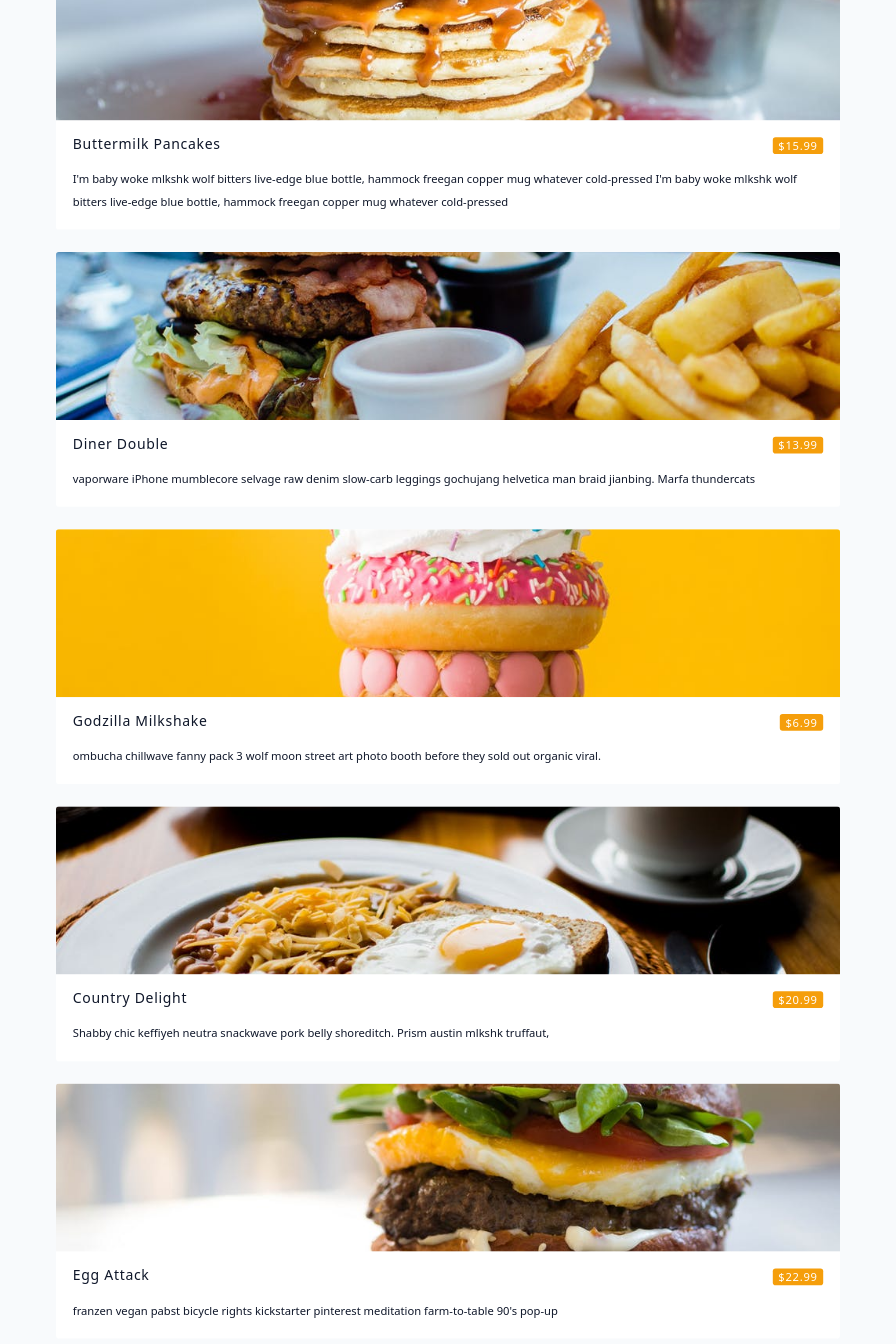
Repository: dydals3440/React-Projects
Page: / (app in 04-fundamental-projects/05-menu/starter/)
The author's editor kept a copy of each file at every save. The page is drawn from the files as they stood at one save, then again after the next save.
The browser window is 1280 px wide. The pictures show the part of the page from y = 330 to 2250 px (the page is 3906 px tall), at 70% of full size.
The project was rebuilt for these pictures with package versions that can differ from the ones it lists, and the page was loaded fresh each time. Also part of the build but not shown: 04-fundamental-projects/05-menu/starter/vite.config.js.

Above is the page before, as saved 2023-09-07 14:01:13.

### 04-fundamental-projects/05-menu/starter/src/App.jsx
import { useState } from 'react';
import Title from './Title';
import menu from './data';
import Menu from './Menu';
import Categories from './Categories';

// const tempCategories = menu.map((item) => item.category);
// // 중복된 카테고리를 제외!
// const tempSet = new Set(tempCategories);
// const tempItems = ['all', ...tempSet];
// console.log(tempItems);

const allCategories = ['all', ...new Set(menu.map((item) => item.category))];

const App = () => {
  const [menuItems, setMenuItems] = useState(menu);
  const [categories, setCategories] = useState(allCategories);
  const filterItems = (category) => {
    if (category === 'all') {
      setMenuItems(menu);
      return;
    }
    const newItems = menu.filter((item) => item.category === category);
    setMenuItems(newItems);
  };

  return (
    <main>
      <section className='menu'>
        <Title text='our menu' />
        <Categories categories={categories} filterItems={filterItems} />
        <Menu items={menuItems} />
      </section>
    </main>
  );
};
export default App;

### 04-fundamental-projects/05-menu/starter/src/index.css
/* ============= GLOBAL CSS =============== */

*,
::after,
::before {
  margin: 0;
  padding: 0;
  box-sizing: border-box;
}

html {
  font-size: 100%;
} /*16px*/

:root {
  /* colors */
  --primary-100: #fef3c7;
  --primary-200: #fde68a;
  --primary-300: #fcd34d;
  --primary-400: #fbbf24;
  --primary-500: #f59e0b;
  --primary-600: #d97706;
  --primary-700: #b45309;
  --primary-800: #92400e;
  --primary-900: #78350f;

  /* grey */
  --grey-50: #f8fafc;
  --grey-100: #f1f5f9;
  --grey-200: #e2e8f0;
  --grey-300: #cbd5e1;
  --grey-400: #94a3b8;
  --grey-500: #64748b;
  --grey-600: #475569;
  --grey-700: #334155;
  --grey-800: #1e293b;
  --grey-900: #0f172a;
  /* rest of the colors */
  --black: #222;
  --white: #fff;
  --red-light: #f8d7da;
  --red-dark: #842029;
  --green-light: #d1e7dd;
  --green-dark: #0f5132;

  --small-text: 0.875rem;
  --extra-small-text: 0.7em;
  /* rest of the vars */
  --backgroundColor: var(--grey-50);
  --textColor: var(--grey-900);
  --borderRadius: 0.25rem;
  --letterSpacing: 1px;
  --transition: 0.3s ease-in-out all;
  --max-width: 1120px;
  --fixed-width: 600px;

  /* box shadow*/
  --shadow-1: 0 1px 3px 0 rgba(0, 0, 0, 0.1), 0 1px 2px 0 rgba(0, 0, 0, 0.06);
  --shadow-2: 0 4px 6px -1px rgba(0, 0, 0, 0.1),
    0 2px 4px -1px rgba(0, 0, 0, 0.06);
  --shadow-3: 0 10px 15px -3px rgba(0, 0, 0, 0.1),
    0 4px 6px -2px rgba(0, 0, 0, 0.05);
  --shadow-4: 0 20px 25px -5px rgba(0, 0, 0, 0.1),
    0 10px 10px -5px rgba(0, 0, 0, 0.04);
}

body {
  background: var(--backgroundColor);
  font-family: system-ui, -apple-system, BlinkMacSystemFont, 'Segoe UI', Roboto,
    Oxygen, Ubuntu, Cantarell, 'Open Sans', 'Helvetica Neue', sans-serif;
  font-weight: 400;
  line-height: 1;
  color: var(--textColor);
}
p {
  margin: 0;
}
h1,
h2,
h3,
h4,
h5 {
  margin: 0;
  font-family: var(--headingFont);
  font-weight: 400;
  line-height: 1;
  text-transform: capitalize;
  letter-spacing: var(--letterSpacing);
}

h1 {
  font-size: 3.052rem;
}

h2 {
  font-size: 2.441rem;
}

h3 {
  font-size: 1.953rem;
}

h4 {
  font-size: 1.563rem;
}

h5 {
  font-size: 1.25rem;
}

.text {
  margin-bottom: 1.5rem;
  max-width: 40em;
}

small,
.text-small {
  font-size: var(--small-text);
}

a {
  text-decoration: none;
}
ul {
  list-style-type: none;
  padding: 0;
}

.img {
  width: 100%;
  display: block;
  object-fit: cover;
}
/* buttons */

.btn {
  cursor: pointer;
  color: var(--white);
  background: var(--primary-500);
  border: transparent;
  border-radius: var(--borderRadius);
  letter-spacing: var(--letterSpacing);
  padding: 0.375rem 0.75rem;
  box-shadow: var(--shadow-1);
  transition: var(--transition);
  text-transform: capitalize;
  display: inline-block;
}
.btn:hover {
  background: var(--primary-700);
  box-shadow: var(--shadow-3);
}
.btn-hipster {
  color: var(--primary-500);
  background: var(--primary-200);
}
.btn-hipster:hover {
  color: var(--primary-200);
  background: var(--primary-700);
}
.btn-block {
  width: 100%;
}

/* alerts */
.alert {
  padding: 0.375rem 0.75rem;
  margin-bottom: 1rem;
  border-color: transparent;
  border-radius: var(--borderRadius);
}

.alert-danger {
  color: var(--red-dark);
  background: var(--red-light);
}
.alert-success {
  color: var(--green-dark);
  background: var(--green-light);
}
/* form */

.form {
  width: 90vw;
  max-width: var(--fixed-width);
  background: var(--white);
  border-radius: var(--borderRadius);
  box-shadow: var(--shadow-2);
  padding: 2rem 2.5rem;
  margin: 3rem auto;
}
.form-label {
  display: block;
  font-size: var(--small-text);
  margin-bottom: 0.5rem;
  text-transform: capitalize;
  letter-spacing: var(--letterSpacing);
}
.form-input,
.form-textarea {
  width: 100%;
  padding: 0.375rem 0.75rem;
  border-radius: var(--borderRadius);
  background: var(--backgroundColor);
  border: 1px solid var(--grey-200);
}

.form-row {
  margin-bottom: 1rem;
}

.form-textarea {
  height: 7rem;
}
::placeholder {
  font-family: inherit;
  color: var(--grey-400);
}
.form-alert {
  color: var(--red-dark);
  letter-spacing: var(--letterSpacing);
  text-transform: capitalize;
}
/* alert */

@keyframes spinner {
  to {
    transform: rotate(360deg);
  }
}

.loading {
  width: 6rem;
  height: 6rem;
  border: 5px solid var(--grey-400);
  border-radius: 50%;
  border-top-color: var(--primary-500);
  animation: spinner 0.6s linear infinite;
  margin: 0 auto;
}

/* title */

.title {
  text-align: center;
}

.title-underline {
  background: var(--primary-500);
  width: 7rem;
  height: 0.25rem;
  margin: 0 auto;
  margin-top: 1rem;
}
/* ============= PROJECT CSS =============== */
.menu {
  padding: 5rem 0;
}

.btn-container {
  margin: 2rem 0 4rem 0;
  display: flex;
  justify-content: center;
  flex-wrap: wrap;
  gap: 1rem;
}

.section-center {
  width: 90vw;
  margin: 0 auto;
  max-width: var(--max-width);
  display: grid;
  gap: 2rem;
}

.menu-item {
  background: var(--white);
  border-radius: var(--borderRadius);
}

.menu-item .img {
  height: 15rem;
  border-top-right-radius: var(--borderRadius);
  border-top-left-radius: var(--borderRadius);
}

.item-info {
  padding: 1.5rem;
}

.item-info header {
  display: flex;
  justify-content: space-between;
  flex-wrap: wrap;
  gap: 1rem;
  margin-bottom: 1.25rem;
}

.item-info h5 {
  font-weight: 500;
}

.item-price {
  background: var(--primary-500);
  color: var(--white);
  padding: 0.25rem 0.5rem;
  letter-spacing: var(--letterSpacing);
  border-radius: var(--borderRadius);
}

.item-text {
  line-height: 2;
}

### 04-fundamental-projects/05-menu/starter/src/Title.jsx
function Title({ text }) {
  return (
    <div className='title'>
      <h2>{text || 'Default Title'}</h2>
      <div className='title-underline'></div>
    </div>
  );
}

export default Title;

### 04-fundamental-projects/05-menu/starter/src/data.js
const menu = [
  {
    id: 1,
    title: 'buttermilk pancakes',
    category: 'breakfast',
    price: 15.99,
    img: '/images/item-1.jpeg',
    desc: `I'm baby woke mlkshk wolf bitters live-edge blue bottle, hammock freegan copper mug whatever cold-pressed I'm baby woke mlkshk wolf bitters live-edge blue bottle, hammock freegan copper mug whatever cold-pressed `,
  },
  {
    id: 2,
    title: 'diner double',
    category: 'lunch',
    price: 13.99,
    img: '/images/item-2.jpeg',
    desc: `vaporware iPhone mumblecore selvage raw denim slow-carb leggings gochujang helvetica man braid jianbing. Marfa thundercats `,
  },
  {
    id: 3,
    title: 'godzilla milkshake',
    category: 'shakes',
    price: 6.99,
    img: '/images/item-3.jpeg',
    desc: `ombucha chillwave fanny pack 3 wolf moon street art photo booth before they sold out organic viral.`,
  },
  {
    id: 4,
    title: 'country delight',
    category: 'breakfast',
    price: 20.99,
    img: '/images/item-4.jpeg',
    desc: `Shabby chic keffiyeh neutra snackwave pork belly shoreditch. Prism austin mlkshk truffaut, `,
  },
  {
    id: 5,
    title: 'egg attack',
    category: 'lunch',
    price: 22.99,
    img: '/images/item-5.jpeg',
    desc: `franzen vegan pabst bicycle rights kickstarter pinterest meditation farm-to-table 90's pop-up `,
  },
  {
    id: 6,
    title: 'oreo dream',
    category: 'shakes',
    price: 18.99,
    img: '/images/item-6.jpeg',
    desc: `Portland chicharrones ethical edison bulb, palo santo craft beer chia heirloom iPhone everyday`,
  },
  {
    id: 7,
    title: 'bacon overflow',
    category: 'breakfast',
    price: 8.99,
    img: '/images/item-7.jpeg',
    desc: `carry jianbing normcore freegan. Viral single-origin coffee live-edge, pork belly cloud bread iceland put a bird `,
  },
  {
    id: 8,
    title: 'american classic',
    category: 'lunch',
    price: 12.99,
    img: '/images/item-8.jpeg',
    desc: `on it tumblr kickstarter thundercats migas everyday carry squid palo santo leggings. Food truck truffaut  `,
  },
  {
    id: 9,
    title: 'quarantine buddy',
    category: 'shakes',
    price: 16.99,
    img: '/images/item-9.jpeg',
    desc: `skateboard fam synth authentic semiotics. Live-edge lyft af, edison bulb yuccie crucifix microdosing.`,
  },
];
export default menu;

### 04-fundamental-projects/05-menu/starter/src/Menu.jsx
import MenuItem from './MenuItem';

const Menu = ({ items }) => {
  return (
    <div className='section-center'>
      {items.map((menuItem) => {
        return <MenuItem key={menuItem.id} {...menuItem} />;
      })}
    </div>
  );
};

export default Menu;

### 04-fundamental-projects/05-menu/starter/src/Categories.jsx
const Categories = ({ categories, filterItems }) => {
  return (
    <div className='btn-container'>
      {categories.map((category) => {
        return (
          <button
            type='button'
            className='btn'
            key={category}
            // 카테고리를 통과해야하기 떄문에 화살표함수 기능을 제공해야함.
            onClick={() => filterItems(category)}
          >
            {category}
          </button>
        );
      })}
    </div>
  );
};

export default Categories;

### 04-fundamental-projects/05-menu/starter/src/MenuItem.jsx
const MenuItem = ({ img, title, price, desc }) => {
  return (
    <article className='menu-item'>
      <img src={img} alt={title} className='img' />
      <div className='item-info'>
        <header>
          <h5>{title}</h5>
          <span className='item-price'>${price}</span>
        </header>
        <p className='item-text'>{desc}</p>
      </div>
    </article>
  );
};

export default MenuItem;

Loaded but not shown: 04-fundamental-projects/05-menu/starter/index.html (common file); 04-fundamental-projects/05-menu/starter/src/main.jsx (common file)

After the next save:
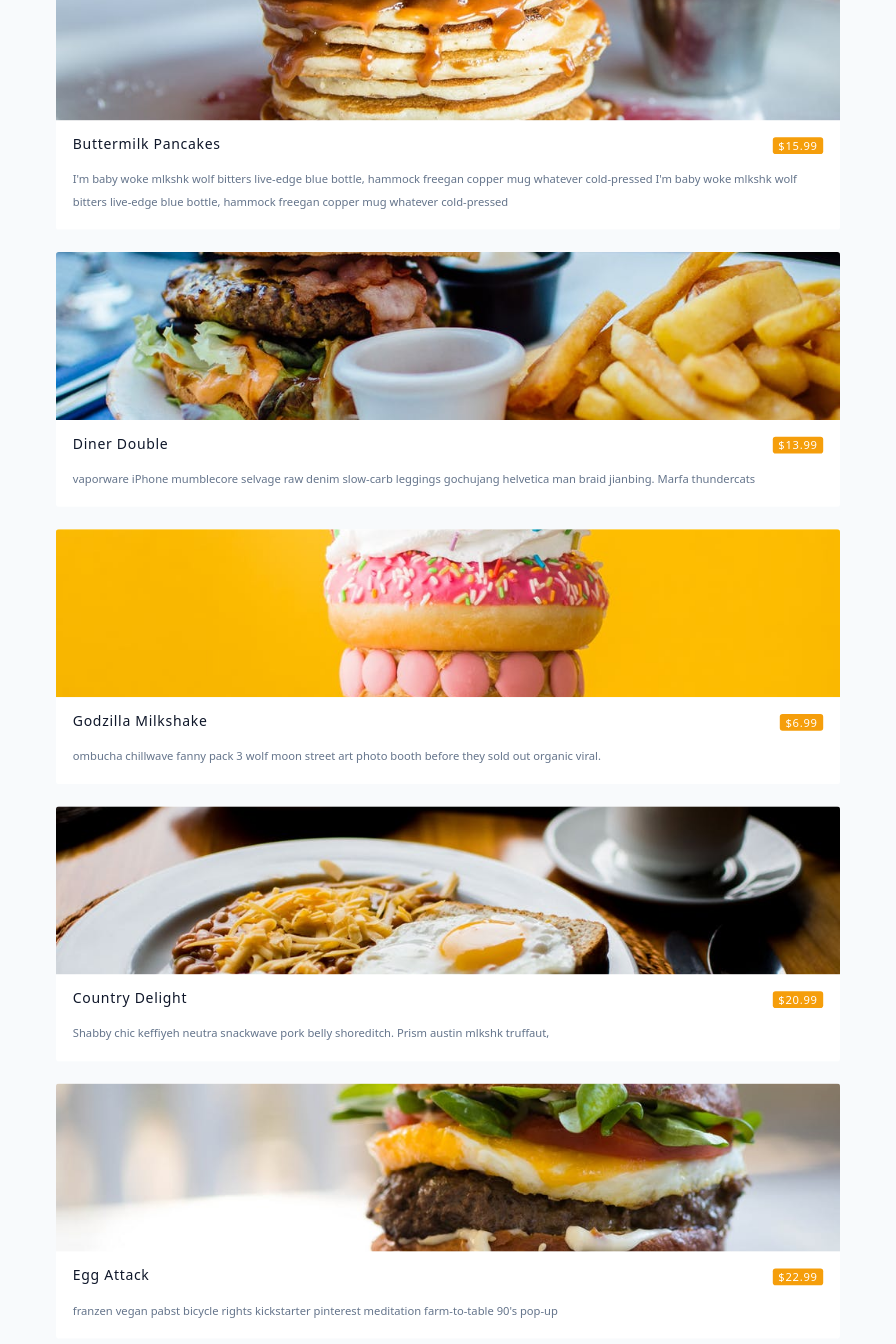
Saved 5 s later.
--- a/04-fundamental-projects/05-menu/starter/src/index.css
+++ b/04-fundamental-projects/05-menu/starter/src/index.css
@@ -310,4 +310,5 @@ ul {
 
 .item-text {
   line-height: 2;
-}
+  color: var(--grey-500);
+}
